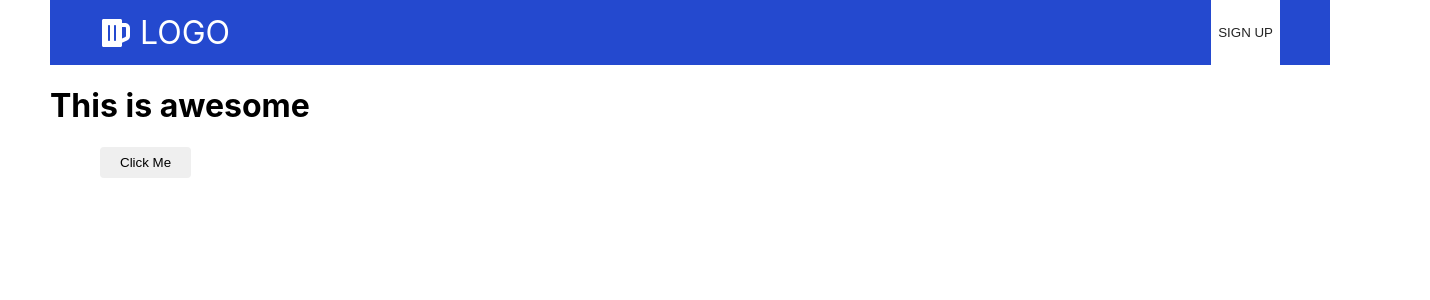
Repository: ajaygc95/Django-and-react
Page: / (app in galamart_sell/reactfrontend/)
These files come from the project's save history. The page is drawn as it stood at one moment and after the next save; the edit follows.
The browser window is 1280 px wide. The page is 1430 px wide, so the pictures cover 1430 px, including what lies to the right of the window. The pictures show the whole page.
The project was rebuilt for these pictures with package versions that can differ from the ones it lists, and the page was loaded fresh each time. Also part of the build but not shown: galamart_sell/reactfrontend/src/components/Button.js, galamart_sell/reactfrontend/src/components/About.js, galamart_sell/reactfrontend/src/components/Shop.css, galamart_sell/reactfrontend/src/components/Shop.js, galamart_sell/reactfrontend/src/components/ItemDetail.js.

Above is the page before, as saved 2021-04-07 11:07:56.

### galamart_sell/reactfrontend/src/App.js
import React from "react";
import HeroPage from "./components/HeroPage";
import Nav from "./components/Nav";
import { BrowserRouter as Router, Switch, Route } from "react-router-dom";
import About from "./components/About";
import Shop from "./components/Shop";
import ItemDetail from "./components/ItemDetail";

function App() {
  return (
    <Router>
      <div className="container">
        <Nav></Nav>
        <Switch>
          <Route path="/" exact component={HeroPage}></Route>
          {/* <Route path="/about" component={About} />
          <Route path="/shop" exact component={Shop} />
          <Route path="/shop/:id" component={ItemDetail} /> */}
        </Switch>
      </div>
    </Router>
  );
}

export default App;

### galamart_sell/reactfrontend/src/components/HeroPage.js
import React from 'react'

function HeroPage() {
    return (
       <>
       <h1>This is awesome</h1>
       <div className='container'>
           <button className='btn btn-success'>Click Me</button>
       </div>
       </>
    )
}

export default HeroPage

### galamart_sell/reactfrontend/src/components/Nav.js
import React, { useState } from "react";
import { Link } from "react-router-dom";
import { FaBars, FaTimes, FaBeer } from "react-icons/fa";
import { Button } from "./Button";
import "./Nav.css";

function Nav() {
  const [click, setclick] = useState(false);
  const [button, setbutton] = useState(true);
  const handleClick = () => setclick(!click);

  const showButton = () => {
    if (window.innerWidth <= 960) {
      setbutton(false);
    } else {
      setbutton(true);
    }
  };

  window.addEventListener("resize", showButton);

  return (
    <>
      <nav className="navbar">
        <div className="navbar-container container">
          <Link to="/" className="navbar-logo">
            <FaBeer className="navbar-icon"></FaBeer>
            LOGO
          </Link>

          <button className="btn--primary">SIGN UP</button>
        </div>
      </nav>
    </>
  );
}

export default Nav;

### galamart_sell/reactfrontend/src/components/Nav.css
.navbar {
  background: #2449cf;
  height: 65px;
  display: flex;
  justify-content: center;
  align-items: center;
  font-size: 1.2rem;
  position: sticky;
  top: 0;
  z-index: 999;
}

.container {
  z-index: 1;
  width: 100%;
  max-width: 1300px;
  margin-right: auto;
  margin-left: auto;
  padding-right: 50px;
  padding-left: 50px;
}

.navbar-container {
  display: flex;
  justify-content: space-between;
  height: 65px;
}

.navbar-logo {
  color: #fff;
  justify-self: start;
  cursor: pointer;
  text-decoration: none;
  font-size: 2rem;
  display: flex;
  align-items: center;
}

.navbar-icon {
  margin-right: 0.5rem;
}

/*



.navbar-logo {
  color: #fff;
  justify-self: start;
  cursor: pointer;
  text-decoration: none;
  font-size: 2rem;
  display: flex;
  align-items: center;
}

.navbar-icon {
  margin-right: 0.5rem;
}

.nav-menu {
  display: flex;
  align-items: center;
  justify-content: center;
  list-style: none;
  text-align: center;
  justify-content: end;
}

.nav-item {
  height: 80px;
  border-bottom: 2px solid transparent;
}

.nav-item:hover {
  border-bottom: 2px solid #f00946;
}

.nav-links {
  color: #fff;
  display: flex;
  align-items: center;
  text-decoration: none;
  padding: 0.5rem 1rem;
  height: 100%;
}

.fa-bars {
  color: #fff;
}

.menu-icon {
  display: none;
}

@media screen and (max-width: 960px) {
  .NavbarItems {
    position: relative;
  }

  .nav-menu {
    display: flex;
    flex-direction: column;
    width: 100%;
    height: 90vh;
    position: absolute;
    top: 80px;
    left: -100%;
    opacity: 1;
    transition: all 0.5s ease;
  }

  .nav-menu.active {
    background: #1c2237;
    left: 0;
    opacity: 1;
    transition: all 0.6s ease;
    z-index: 1;
  }

  .nav-links {
    text-align: center;
    padding: 2rem;
    width: 100%;
    display: table;
  }

  .nav-links:hover {
    color: #f00946;
    transform: scale(1.2);
    transition: all 0.3s ease;
  }

  .nav-item:hover {
    border: none;
  }

  .nav-item {
    width: 100%;
  }

  .navbar-logo {
    position: absolute;
    top: 0;
    left: 0;
    transform: translate(25%, 50%);
  }

  .menu-icon {
    display: block;
    position: absolute;
    top: 0;
    right: 0;
    transform: translate(-100%, 60%);
    font-size: 1.8rem;
    cursor: pointer;
  }

  .fa-times {
    color: #fff;
    font-size: 2rem;
  }

  .nav-btn {
    display: flex;
    justify-content: center;
    align-items: center;
    width: 100%;
    height: 120px;
  }
} */

### galamart_sell/reactfrontend/src/components/Button.css
:root {
  --primary: #fff;
}

.btn {
  padding: 8px 20px;
  border-radius: 4px;
  outline: none;
  border: none;
  cursor: pointer;
  white-space: nowrap;

}

.btn--primary {
  background-color: var(--primary);
  color: #242424;
  border: 1px solid var(--primary);
}

.btn--outline {
  background-color: transparent;
  color: #fff;
  padding: 8px 20px;
  border: 1px solid var(--primary);
  transition: all 0.3s ease-out;
}

.btn--medium {
  padding: 8px 20px;
  font-size: 18px;
}

.btn--large {
  padding: 12px 26px;
  font-size: 20px;
}

.btn--mobile {
  text-align: center;
  border-radius: 4px;
  width: 80%;
  text-decoration: none;
  font-size: 1.5rem;
  background-color: transparent;
  color: #fff;
  padding: 14px 20px;
  border: 1px solid #fff;
  transition: all 0.3s ease-out;
}

.btn--wide {
  padding: 12px 64px;
  font-size: 20px;
}

.btn--large:hover,
.btn--medium:hover,
.btn--mobile:hover {
  transition: all 0.3s ease-out;
  background: #fff;
  color: #242424;
}

.btn--wide:hover {
  color: #fff;
  background-color: #f00946;
  transition: all 0.2s ease-out;
}

.btn-link {
  display: flex;
  justify-content: center;
  align-items: center;
  text-decoration: none;
  padding: 8px 16px;
  height: 100%;
  width: 100%;
}

.blue {
  background-color: #276afb;
  color: #fff;
  border: none;
}

.red {
  background-color: #f00946;
  color: #fff;
  border: none;
}

.primary {
  background-color: #242424;
  color: #fff;
  border: none;
}

.primary:hover {
  background-color: #fff;
  color: #242424;
  border: none;
}

.green {
  background: #25ce4a;
  color: #fff;
  border: none;
}

.green:hover {
  background-color: #242424;
}

Loaded but not shown: galamart_sell/reactfrontend/public/index.html (common file); galamart_sell/reactfrontend/src/index.js (common file); galamart_sell/reactfrontend/src/index.css (common file); galamart_sell/reactfrontend/src/reportWebVitals.js (common file)

After the next save:
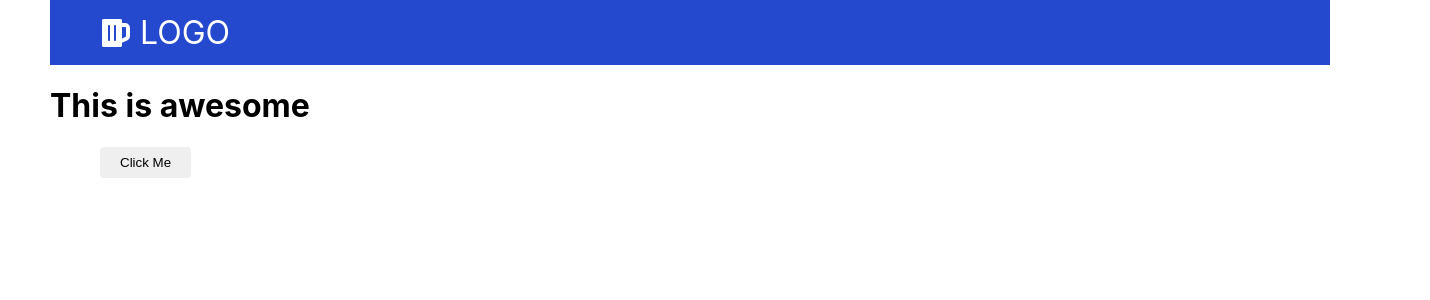
Saved 75 s later.
--- a/galamart_sell/reactfrontend/src/components/Nav.js
+++ b/galamart_sell/reactfrontend/src/components/Nav.js
@@ -27,8 +27,6 @@ function Nav() {
             <FaBeer className="navbar-icon"></FaBeer>
             LOGO
           </Link>
-
-          <button className="btn--primary">SIGN UP</button>
         </div>
       </nav>
     </>
